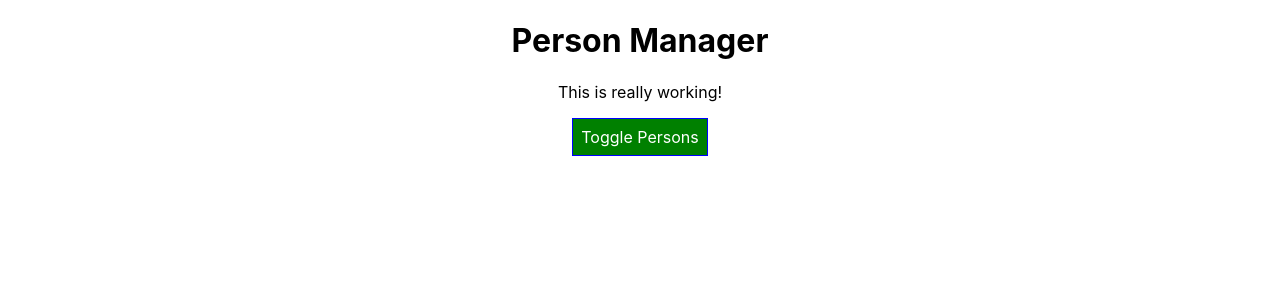
Repository: AidanHak/udemy-react-guide
Page: /
The author's editor kept a copy of each file at every save. The page is drawn from the files as they stood at one save, then again after the next save.
The browser window is 1280 px wide. The pictures show the whole page.
The project was rebuilt for these pictures with package versions that can differ from the ones it lists, and the page was loaded fresh each time. Also part of the build but not shown: src/hoc/Auxiliary.js, src/components/Persons/Person/Person.js, src/components/ErrorBoundary/ErrorBoundary.js, src/components/Persons/Persons.js.

Above is the page before, as saved 2021-03-04 16:42:49.

After the next save:
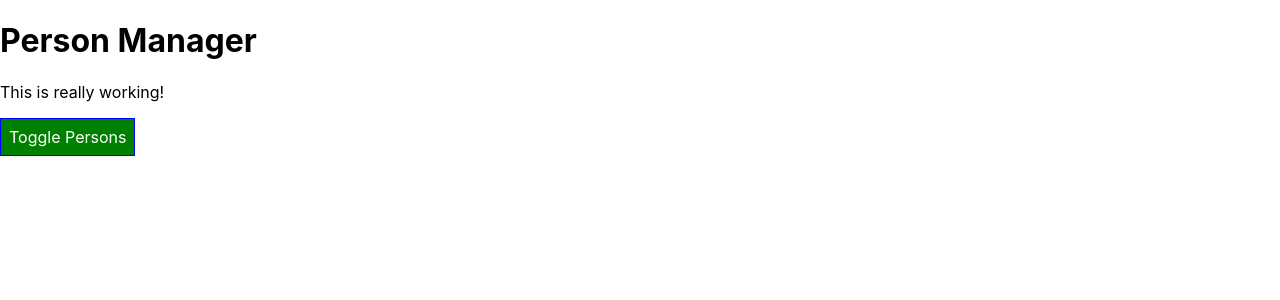
Saved 33 s later.
--- a/src/containers/App.js
+++ b/src/containers/App.js
@@ -73,14 +73,14 @@
 		}
 
 		return (
-			<div className={styles.App}>
+			<WithClass className={styles.App}>
 				<Cockpit
 					title={this.props.appTitle}
 					showPersons={this.state.showPersons}
 					personsLength={this.state.persons.length}
 					clicked={this.togglePersonsHandler} />
 				{persons}
-			</div>
+			</WithClass>
 		);
 	}
 }

After the save that followed:
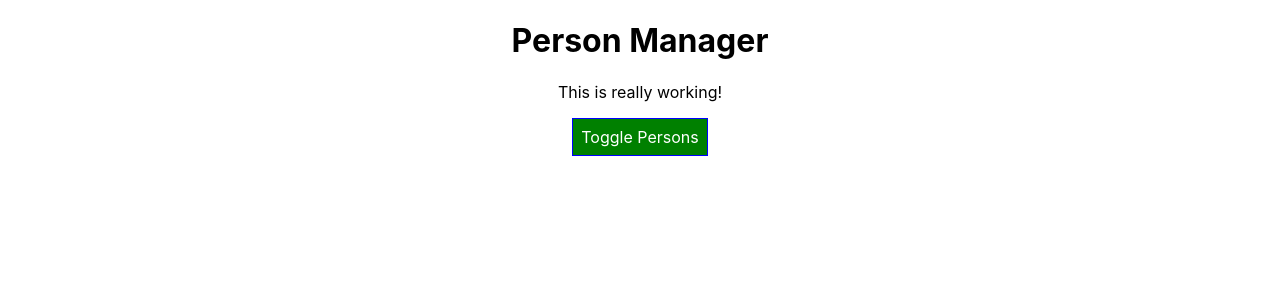
Saved 7 s later.
--- a/src/containers/App.js
+++ b/src/containers/App.js
@@ -73,7 +73,7 @@
 		}
 
 		return (
-			<WithClass className={styles.App}>
+			<WithClass classes={styles.App}>
 				<Cockpit
 					title={this.props.appTitle}
 					showPersons={this.state.showPersons}
